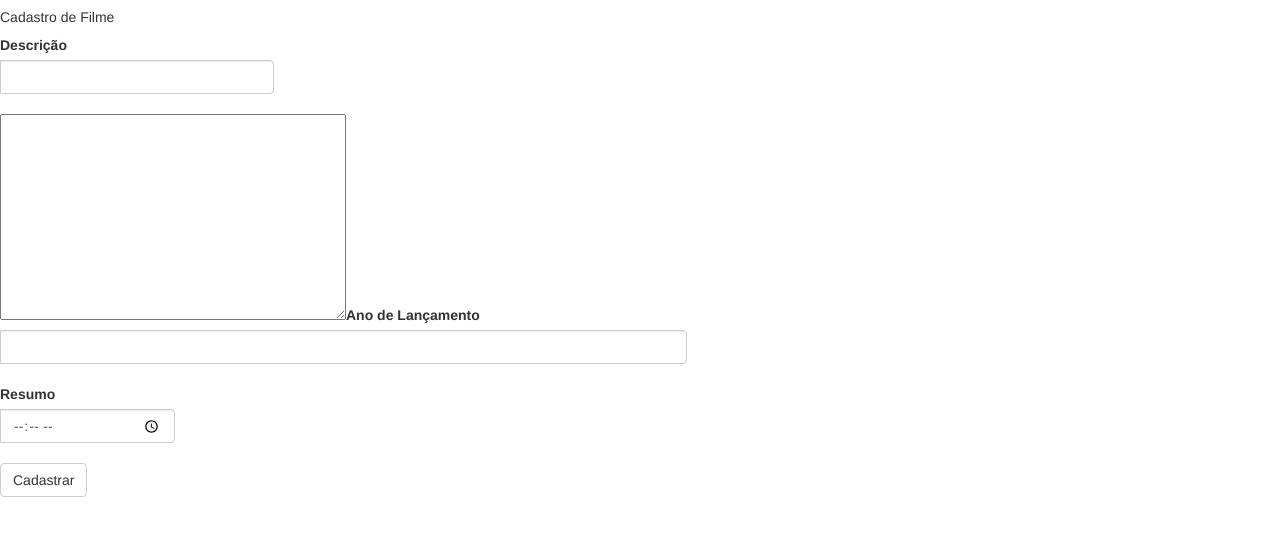
Repository: cadupedrassani/CursoDeJava
Page: Avaliação/BaseAPI/WebApp/src/main/webapp/filme/cadastro.html
The author's editor kept a copy of each file at every save. The page is drawn from the files as they stood at one save, then again after the next save.
The browser window is 1280 px wide. The pictures show the whole page.

Above is the page before, as saved 2016-12-06 15:57:32.

### Avaliação/BaseAPI/WebApp/src/main/webapp/filme/cadastro.html
<!DOCTYPE html>
<html>
<head>
<meta charset="ISO-8859-1">
<title>Insert title here</title>
<link rel="stylesheet" href="/WebApp/resources/css/bootstrap.min.css">
</head>
<body>
<div>
	<h5>Cadastro de Filme</h5>
</div>
<div class="input-group">
	<label>Descrição</label>
	<input id="descricao-filme"
	       type="text"
	       class="form-control"></input>
</div>
</br>

<div class="input-group">
	<textarea rows="10" cols="40"></textarea>
	<label>Ano de Lançamento</label>
	<input id="ano-filme"
	       type="text"
	       class="form-control"></input>
</div>
</br>

<div class="input-group">
	<label>Resumo</label>
	<input id="ano-filme"
	       type="time"
	       class="form-control"></input>
</div>
</br>

<div class="input-group">
	<button id="cadastrar"
	        type="button"
	        class="btn btn-default gold"
	        onclick="cadastrarEndereco();">Cadastrar</button>
</div>

<div id="modal-mensagens" class="modal fade" tabindex="-1" role="dialog">
	<div class="modal-dialog" role="document">
		<div class="modal-content">
			<div class="modal-header">
				<h5 id="modal-title" class="modal-title"></h5>
			</div>
			<div class="modal-body">
				<label id="modal-mensagem"></label>
			</div>
			<div class="modal-footer">
				<button type="button"
						class="btn btn-default gold"
						data-dismiss="modal">OK</button>
			</div>
		</div>
	</div>
</div>

<script src="/WebApp/resources/js/jquery.min.js"></script>
<script src="/WebApp/resources/js/bootstrap.min.js"></script>
<script src="/WebApp/resources/js/default.js"></script>
<script src="/WebApp/resources/js/filme.js"></script>

</body>
</html>

### Avaliação/BaseAPI/WebApp/src/main/webapp/resources/js/default.js

function abrirTelaCadastroCategoria(){
	var url = "/WebApp/categoria/cadastro.html";
	$.get(url, '', function(data){
		$('#conteudo-principal').html(data);
	})
}

function abrirTelaPesquisaCategoria(){
	var url = "/WebApp/categoria/pesquisa.html";
	$.get(url, '', function(data){
		$('#conteudo-principal').html(data)
	})
}


function abrirTelaCadastroEndereco(){
	var url = "/WebApp/endereco/cadastro.html";
	$.get(url, '', function(data){
		$('#conteudo-principal').html(data);
	})
}

function abrirTelaCadastroFilme(){
	var url = "/WebApp/filme/cadastro.html";
	$.get(url, '', function(data){
		$('#conteudo-principal').html(data);
	})
}

### Avaliação/BaseAPI/WebApp/src/main/webapp/resources/js/filme.js
function cadastrarFilme(){

	var ano = $("#ano-filme").val();
	var classificacao = $("#classificacao-filme").val();
	var descricao = $("#descricao-filme").val();
	var duracao = $("#duracao-filme").val;
	var resumo = $("#resumo-filme").val();

	var filmeDTO = new Object();
	var operacao = "/ControleAPI/endereco/cadastrarFilme"

	filmeDTO.ano = ano;
	filmeDTO.classificacao = classificacao;
	filmeDTO.descricao = descricao;
	filmeDTO.duracao = duracao;
	filmeDTO.resumo = resumo;

	$.ajax({
		method: "POST",
		url: operacao,
		data: JSON.stringify(filmeDTO),
		contentType: "application/json"
	}).done(function (data){
		var mensagem = "";
		var titulo = "";
		if(data.mensagem != undefined && data.mensagem != null && data.mensagem != ''){
			titulo = "Atenção";
			mensagem = data.mensagem;
		}else{
			titulo = 'Sucesso';
			mensagem = "Filme cadastrado com sucesso.";
		}
		mostrarModal(titulo, mensagem)
	});
}

Loaded but not shown: Avaliação/BaseAPI/WebApp/src/main/webapp/resources/css/bootstrap.min.css (library); Avaliação/BaseAPI/WebApp/src/main/webapp/resources/js/jquery.min.js (library); Avaliação/BaseAPI/WebApp/src/main/webapp/resources/js/bootstrap.min.js (library)

After the next save:
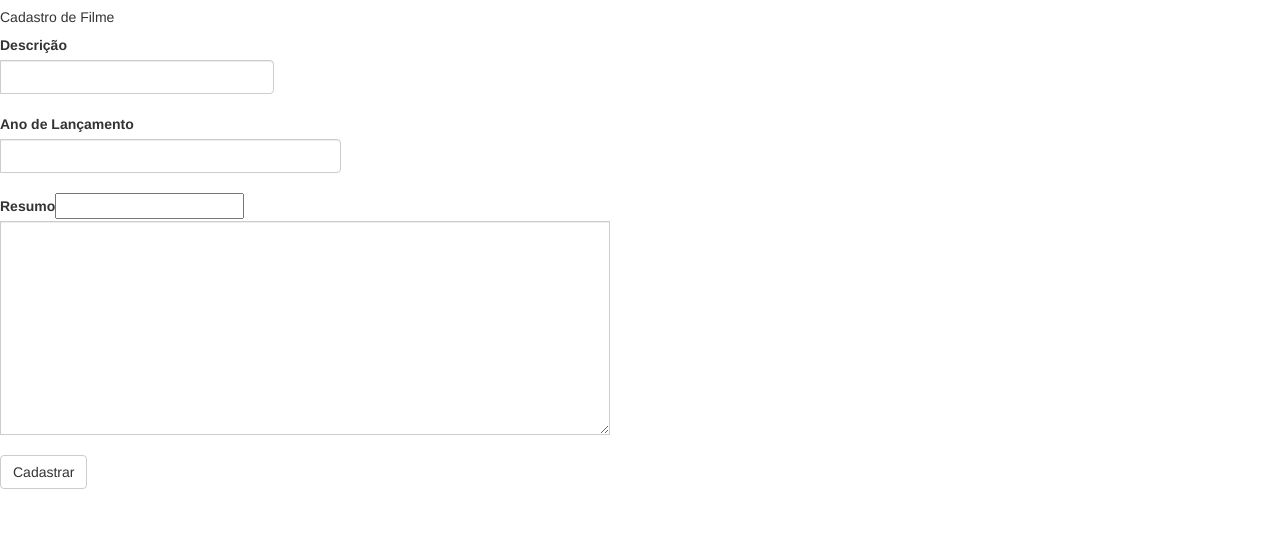
Saved 59 s later.
--- a/Avaliação/BaseAPI/WebApp/src/main/webapp/filme/cadastro.html
+++ b/Avaliação/BaseAPI/WebApp/src/main/webapp/filme/cadastro.html
@@ -18,7 +18,6 @@
 </br>
 
 <div class="input-group">
-	<textarea rows="10" cols="40"></textarea>
 	<label>Ano de Lançamento</label>
 	<input id="ano-filme"
 	       type="text"
@@ -28,9 +27,12 @@
 
 <div class="input-group">
 	<label>Resumo</label>
-	<input id="ano-filme"
-	       type="time"
-	       class="form-control"></input>
+	<textarea rows="10"
+				cols="40"
+				id="ano-filme"
+	       		type="time"
+	       		class="form-control"></textarea>
+	<input ></input>
 </div>
 </br>
 
